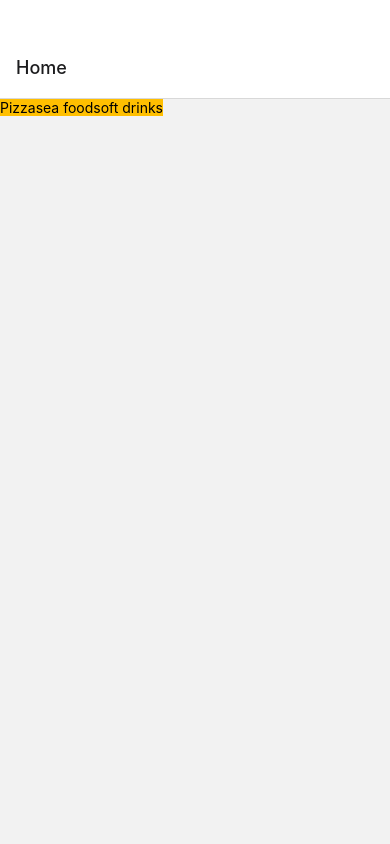
Repository: Esraa22M/ReactNative
Screen: /
These files come from the project's save history. The screen is drawn as it stood at one moment and after the next save; the edit follows.
The app was drawn by React Native's web renderer in a window 390 px wide. The project was rebuilt for these pictures with package versions that can differ from the ones it lists, and the page was loaded fresh each time. Also part of the build but not shown: src/components/header/header.component.js, src/colors/front-screen-colors/user-auth-colors.js, src/components/header/header.styles.js, src/components/textInput/textInput.styles.js, src/components/textInput/textInput.components.jsx, src/components/singup-form-body/singup-form-body.components.js, src/screens/front-screen/Singup/singup-screen.screens.jsx, src/authentication/api/login-info.js and 2 more.

Above is the screen before, as saved 2023-09-21 00:26:49.

After the next save:
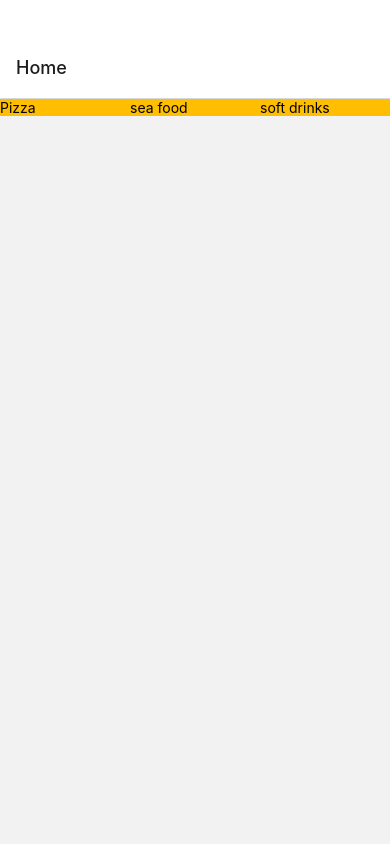
Saved 23 s later.
--- a/src/components/categories/category-item.components.js
+++ b/src/components/categories/category-item.components.js
@@ -9,4 +9,6 @@ export const CategoryItem = ({ item }) => {
     </View>
   );
 };
-const styles = StyleSheet.create({ container: { backgroundColor: "#FFBF00" } });
+const styles = StyleSheet.create({
+  container: { backgroundColor: "#FFBF00", flex: 1 },
+});
